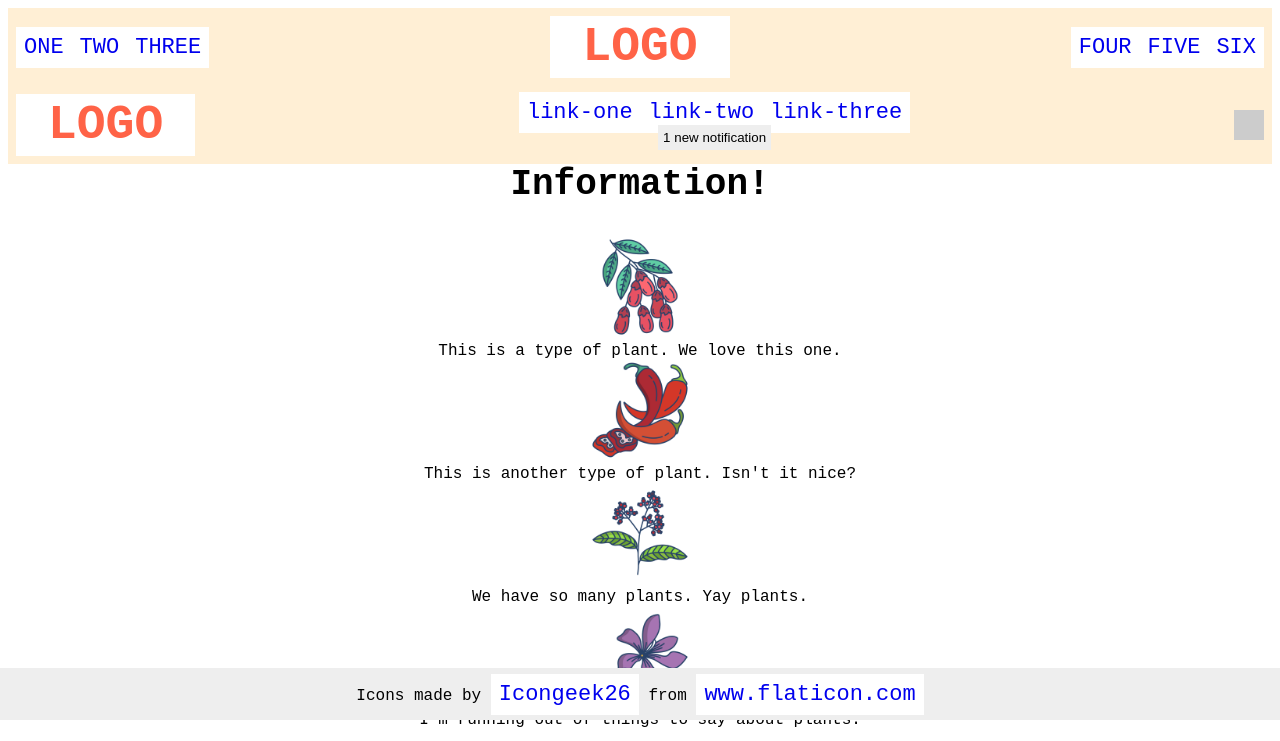
Repository: HeliosAI9/First-test-website
Page: mywebsite/html-boilerplate/pages/flex.html
An editor plug-in stored every save of this project. The page is shown before and after the next save, followed by the edit.
The browser window is 1280 px wide. The pictures show the whole page.
Some web fonts or font styles are not loaded; a fallback is used.

Above is the page before, as saved 2023-06-10 05:38:33.

### mywebsite/html-boilerplate/pages/flex.html
<!DOCTYPE html>
<html lang="en">
  <head>
    <meta charset="UTF-8">
    <meta http-equiv="X-UA-Compatible" content="IE=edge">
    <meta name="viewport" content="width=device-width, initial-scale=1.0">
    <title>Flex Header</title>
    <link rel="stylesheet" href="../css/flex.css">
  </head>
  <body>
    <div class="header">
      <div class="left-links">
        <ul>
          <li><a href="#">ONE</a></li>
          <li><a href="#">TWO</a></li>
          <li><a href="#">THREE</a></li>
        </ul>
      </div>
      <div class="logo">LOGO</div>
      <div class="right-links">
        <ul>
          <li><a href="#">FOUR</a></li>
          <li><a href="#">FIVE</a></li>
          <li><a href="#">SIX</a></li>
        </ul>
      </div>
    </div>

    <header class="header">
        <div class="logo">
          LOGO
        </div>
        <nav class="nav">
          <ul class="links">
            <li><a href="google.com">link-one</a></li>
            <li><a href="google.com">link-two</a></li>
            <li><a href="google.com">link-three</a></li>
          </ul>
          <button class="notifications">
            1 new notification
          </button>
        </nav>
        <div class="profile-image"></div>
      </header>
  </body>
  <body>
    <div class="title">Information!</div>

    <img src="../images/barberry.png" alt="barberry">
    <div class="text">This is a type of plant. We love this one.</div>
    <img src="../images/chilli.png" alt="chili">
    <div class="text">This is another type of plant. Isn't it nice?</div>

    <img src="../images/pepper.png" alt="pepper">
    <div class="text">We have so many plants. Yay plants.</div>

    <img src="../images/saffron.png" alt="saffron">
    <div class="text">I'm running out of things to say about plants.</div>

    <!-- disregard this section, it's here to give attribution to the creator of these icons -->
    <div class="footer">
      <div>Icons made by <a href="https://www.flaticon.com/authors/icongeek26" title="Icongeek26">Icongeek26</a> from <a href="https://www.flaticon.com/" title="Flaticon">www.flaticon.com</a></div>
    </div>
  </body>
</html>

### mywebsite/html-boilerplate/css/flex.css
@import url('https://fonts.googleapis.com/css2?family=Besley:ital,wght@0,400;1,900&display=swap');

.header {
    display: flex;
    justify-content: space-between;
    align-items: center;
    background: papayawhip;
    padding: 8px;
    font-family: 'Besley', monospace;
  }

  .logo {
    font-size: 48px;
    font-weight: 900;
    color: tomato;
    background: white;
    padding: 4px 32px;
  }

  ul {
    list-style-type: none;
    display: flex;
    margin: 0;
    padding: 0;
  }

  a {
    font-size: 22px;
    background: white;
    padding: 8px;
    text-decoration: none;
  }

  .notifications {
    background-color: #eee;
    border: none;
    padding: 5px;
  }

  .profile-image {
    width: 30px;
    height: 30px;
    background-color: #ccc;
  }

  body {
    font-family: 'Courier New', Courier, monospace;
    text-align: center;
  }

  img {
    width: 100px;
    height: 100px;
    display: inline;
  }

  .title {
    font-size: 36px;
    font-weight: 900;
    margin-bottom: 32px;
  }
  .container {
    display: flex;
    justify-content: center;
    gap: 52px;
  }

  .info {
    max-width: 200px;
  }

  /* do not edit this footer */
  .footer {
    position: fixed;
    bottom: 0;
    left: 0;
    right: 0;
    height: 52px;
    display: flex;
    align-items: center;
    justify-content: center;
    background: #eee;
  }

  .container {
    border: 5px solid #ffcc5c;
    display: flex;
    flex-direction: row;
  }

After the next save:
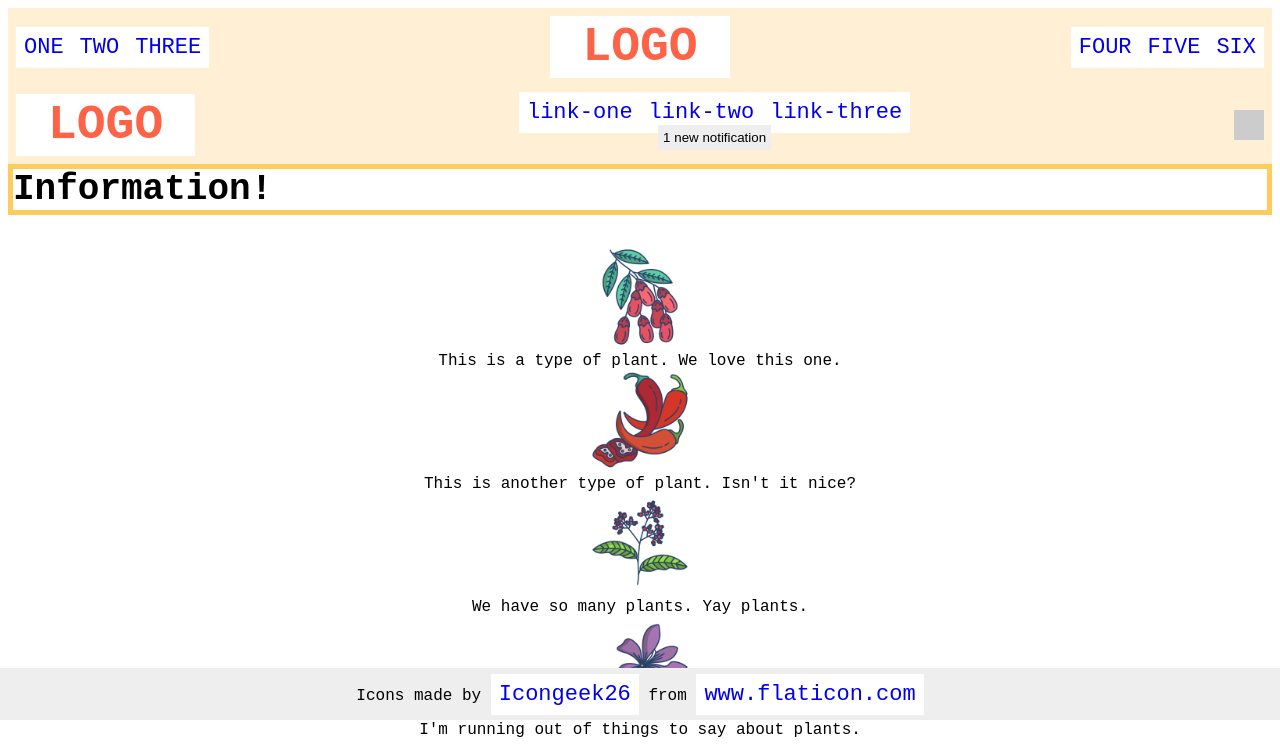
Saved 17 s later.
--- a/mywebsite/html-boilerplate/css/flex.css
+++ b/mywebsite/html-boilerplate/css/flex.css
@@ -82,7 +82,7 @@
     background: #eee;
   }
 
-  .container {
+  .title {
     border: 5px solid #ffcc5c;
     display: flex;
     flex-direction: row;

After the save that followed:
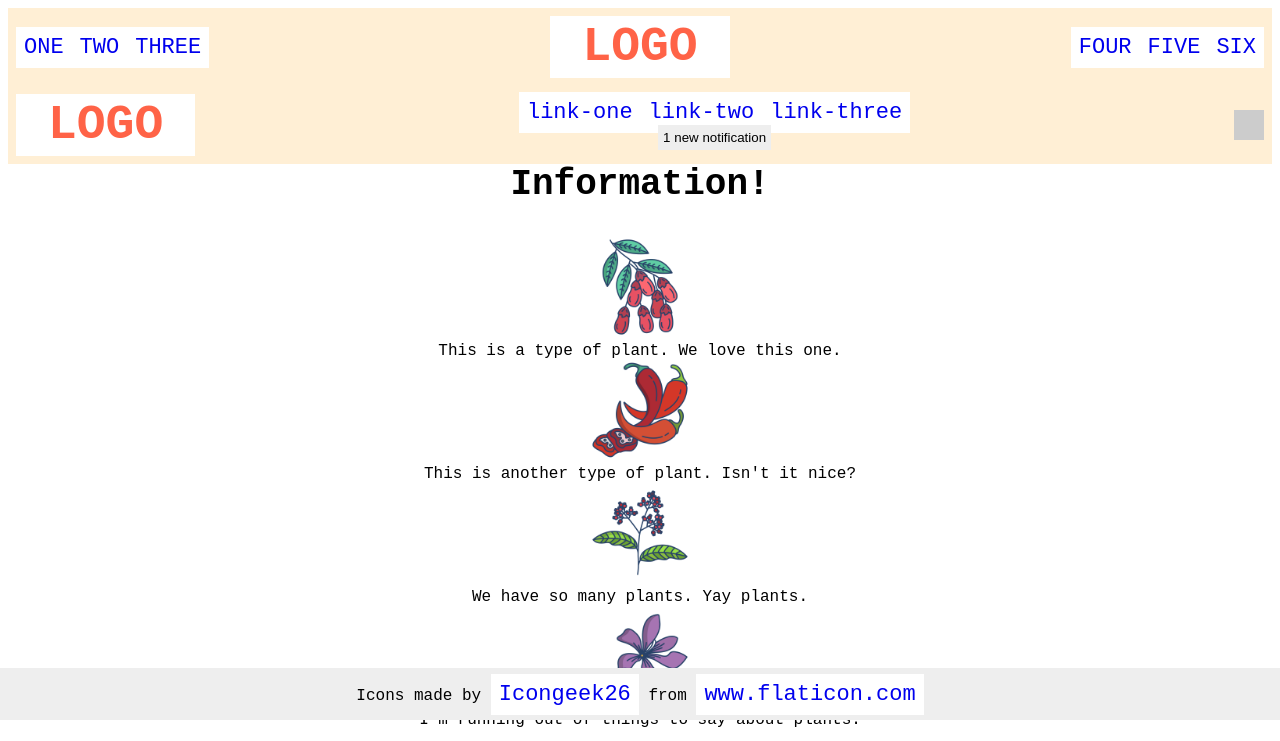
Saved 11 s later.
--- a/mywebsite/html-boilerplate/css/flex.css
+++ b/mywebsite/html-boilerplate/css/flex.css
@@ -81,9 +81,3 @@
     justify-content: center;
     background: #eee;
   }
-
-  .title {
-    border: 5px solid #ffcc5c;
-    display: flex;
-    flex-direction: row;
-  }
